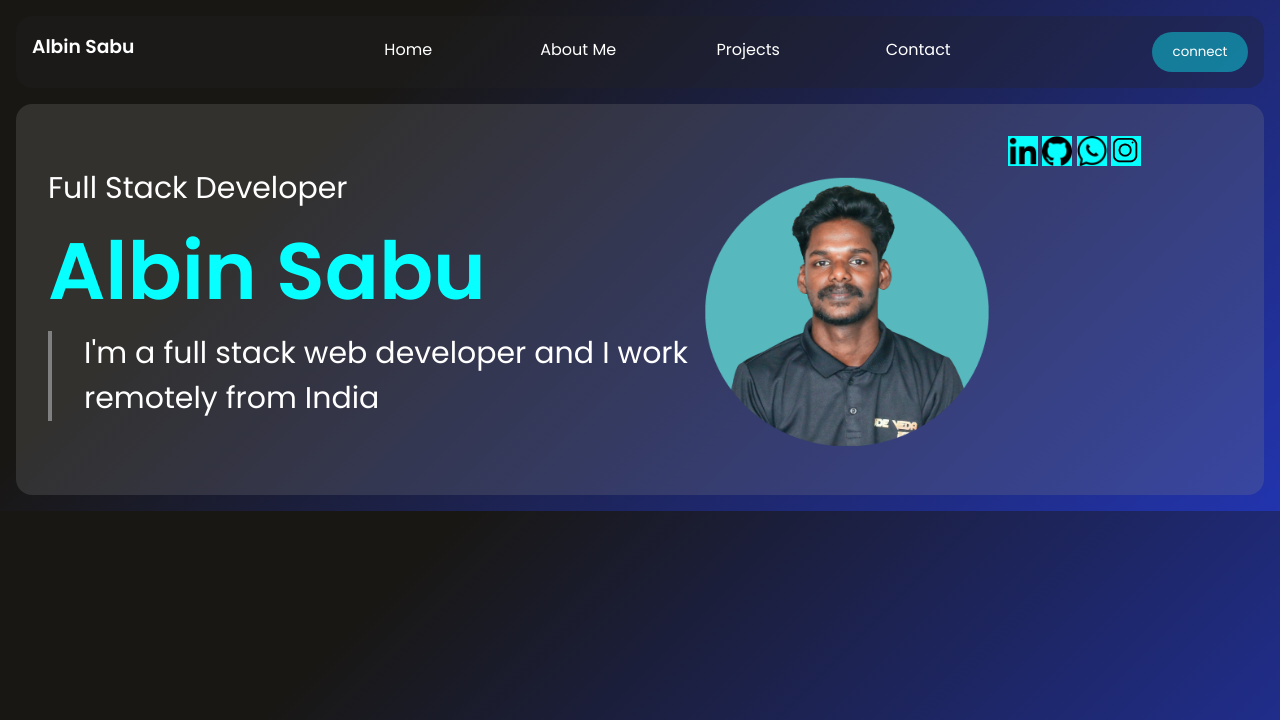
Repository: albinsabu2023/personalwebsite
Page: index.html
An editor plug-in stored every save of this project. The page is shown before and after the next save, followed by the edit.
The browser window is 1280 px wide. The pictures show the whole page.

Above is the page before, as saved 2023-09-02 17:55:58.

### index.html
<!DOCTYPE html>
<html lang="en">
<head>
    <meta charset="UTF-8">
    <meta name="viewport" content="width=device-width, initial-scale=1.0">
    <title>Document</title>
    <link rel="stylesheet" href="style.css">
    <link rel="stylesheet" href="media.css">
</head>
<body>
    <nav >
        <h3 class="title">Albin Sabu</h3>
        <ul>
            <li class><a href="#home">Home</a></li>
            <li><a href="#about">About Me</a></li>
            <li><a href="#project">Projects</a></li>
            <li><a href="#contact">Contact</a> </li>
        </ul>
        <button class="btn-connect">connect</button>
    </nav>
    <div id="home">

        <div class="profile__text">

            <p>Full Stack Developer</p>
            <h1>Albin Sabu</h1>
            <div class="profile__detail">
                <span class="line"> </span>
                <p class="profile__detail__p2">I'm a full stack web developer and I work remotely from India</p>

            </div>

        </div>
        <div class="profile__img">
            <img src="./assets/albin.png" alt="profile">
        </div>
        <div class="profile__links">
            <img src="./assets/linkedin.png" alt="">
            <img src="./assets/github.png" alt="">
            <img src="./assets/whatsapp.png" alt="">
            <img src="./assets/insta.png" alt="">
        </div>
    </div>
</body>
</html>

### style.css
@import url('https://fonts.googleapis.com/css2?family=Poppins:ital,wght@0,300;0,400;0,500;0,600;1,300;1,500;1,600&display=swap');
*{
    margin:0;
    font-family: 'Poppins', sans-serif;

}
body{

    color: white;
    margin-top: 1rem;

    background-color: #2234ae;
    /* height:100vh; */
    background-image: linear-gradient(315deg, #2234ae 0%, #191714 74%);

}
nav{
    position: sticky;
    z-index: 0;
    display: flex;
    padding: 1rem;
    margin: 1rem;
    background-color: rgba(34, 34, 34, 0.3);
    border-radius: 1rem;
    justify-content: space-between;

}

nav ul{
    list-style-type: none;
    display: flex;
    gap: 2rem;
    justify-content: space-between;



}


nav ul li{
    padding: 5px;
    border-radius: 1rem;
    text-align: center;
    width: 8rem;



}
nav ul li a{
    text-decoration: none;
    color: white;
}
nav ul li a:hover{
    color: rgb(7, 255, 255);
}

.btn-connect{
    background: rgb(7, 255, 255,0.4);
    border: none;
    color: white;
    padding: 10px;
    border-radius: 3rem;
    width: 6rem;

}
.btn-connect:hover{
    background: rgb(7, 255, 255, 0.6);
}

#home{
    margin: 1rem;
    padding: 2rem;
    background: rgba(128, 128, 128, 0.24);
    border-radius: 1rem;
    display: flex;
    flex:.3;


}
.line{
    border: gray 2px solid;
}
.profile__text{
    width: 50vw;
    object-fit: contain;
    text-align: justify;
    margin-top: 30px;
}
.profile__text p{
    font-size:30px ;
}
.profile__text h1{
    color: rgb(7, 255, 255);
    font-size:80px ;

}
.profile__detail{
    display: flex;
    flex-direction: col;
    gap: 2rem;

}
.profile__detail p{
    font-size: 30px;
}
.profile__img{
    flex:.5;
    align-items: center ;
    padding: 10px;
}
.profile__img img{
    height: 300px;
    width: 300px;
}

.profile__links{

}
.profile__links img{
    height: 30px;
    width: 30px;
    background: rgb(7, 255, 255);
}

### media.css
@media  screen and (max-width:600px) {
    nav ul{
        flex-direction: column;
        display: none;

    }
    #home{
        margin: 4px;
        flex-direction: column;
        flex-wrap: wrap;

    }
    .profile__text{
        width:80vw;
    }
    .profile__text p{
        font-size: small;
    }
    .profile__text h1{
        font-size: 60px;
    }
    .profile__img img{
       padding: 3rem;
    }
}

@media screen and (max-width:1200px){
    #home {
            margin: 4px;
            flex-direction: column;
            flex-wrap: wrap;

        }
}

After the next save:
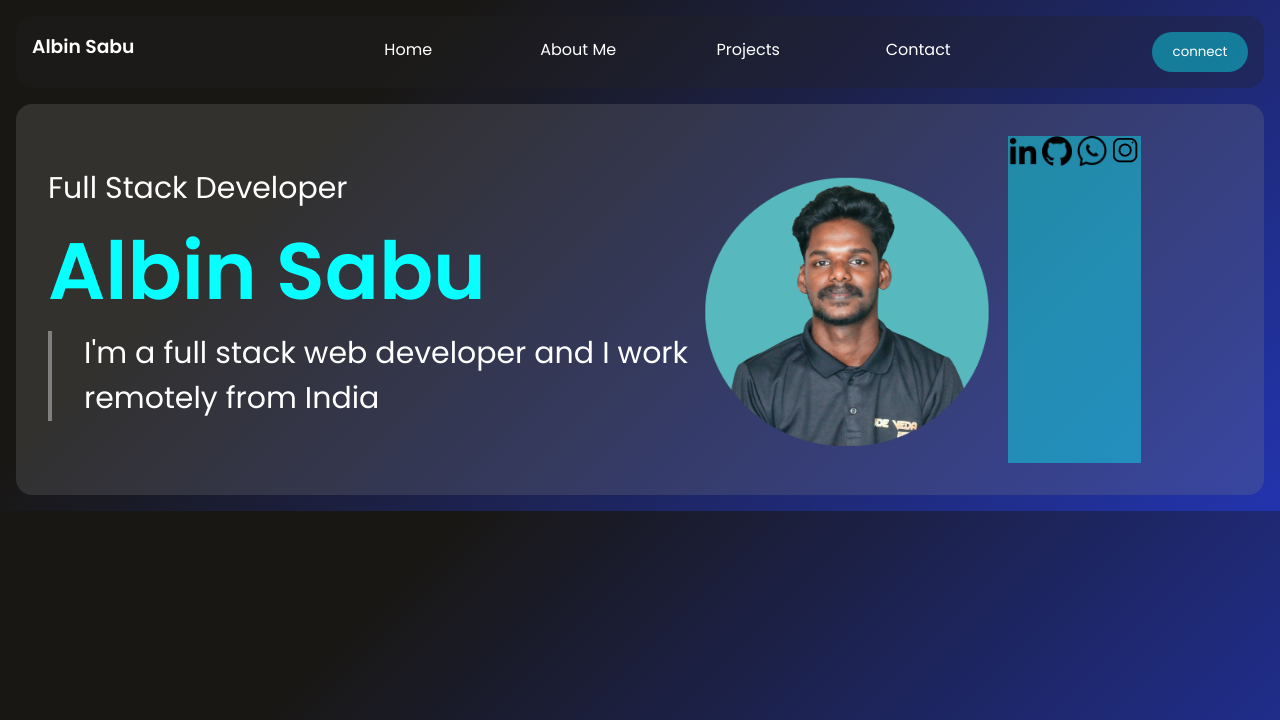
Saved 24 s later.
--- a/style.css
+++ b/style.css
@@ -114,10 +114,10 @@ nav ul li a:hover{
 }
 
 .profile__links{
-
+    background: rgb(7, 255, 255,0.4);
 }
 .profile__links img{
     height: 30px;
     width: 30px;
-    background: rgb(7, 255, 255);
+
 }
